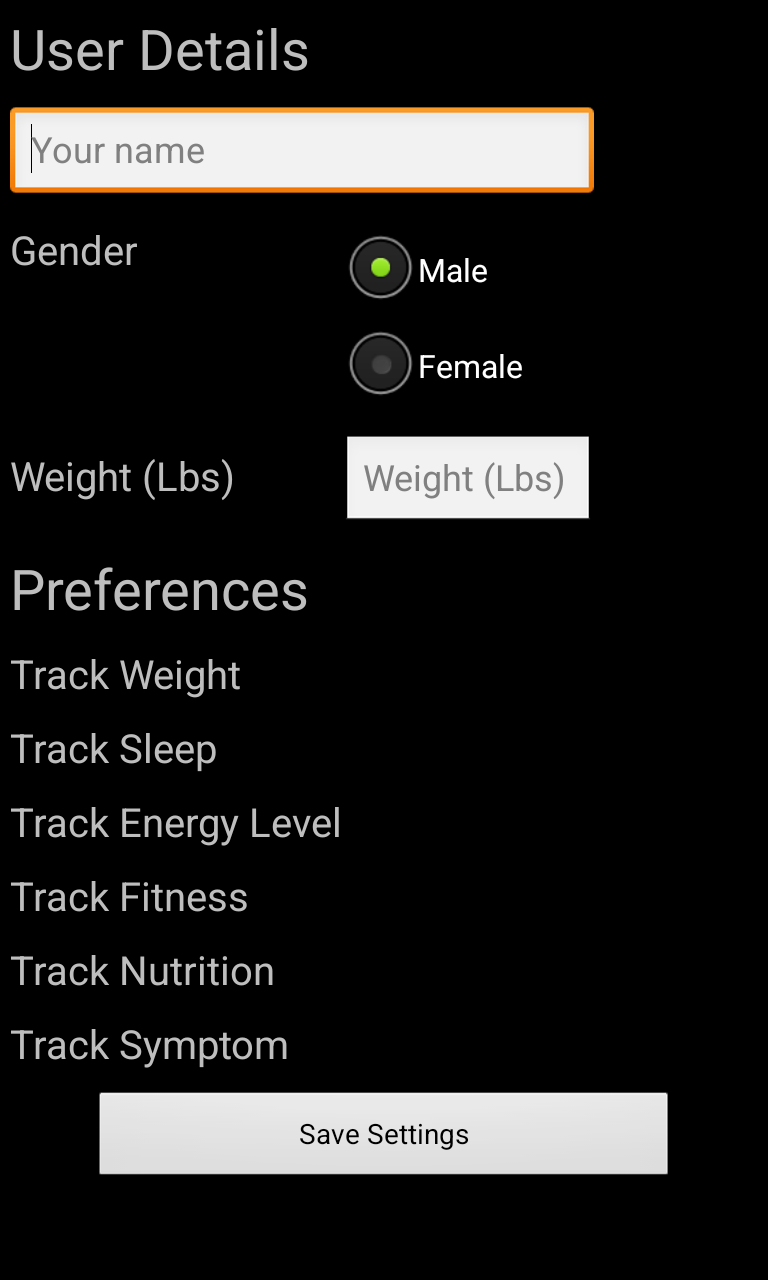
Repository: dillonyoung/CPD4493
Layout: TraCare/res/layout/preferences.xml
The author's editor kept a copy of each file at every save. The layout is drawn from the files as they stood at one save, then again after the next save.
It is drawn on a 768 x 1280 px phone screen (xhdpi) without system bars, with theme android:Theme.Black; the app's code is not run.

Above is the layout before, as saved 2013-04-10 22:45:44.

After the next save:
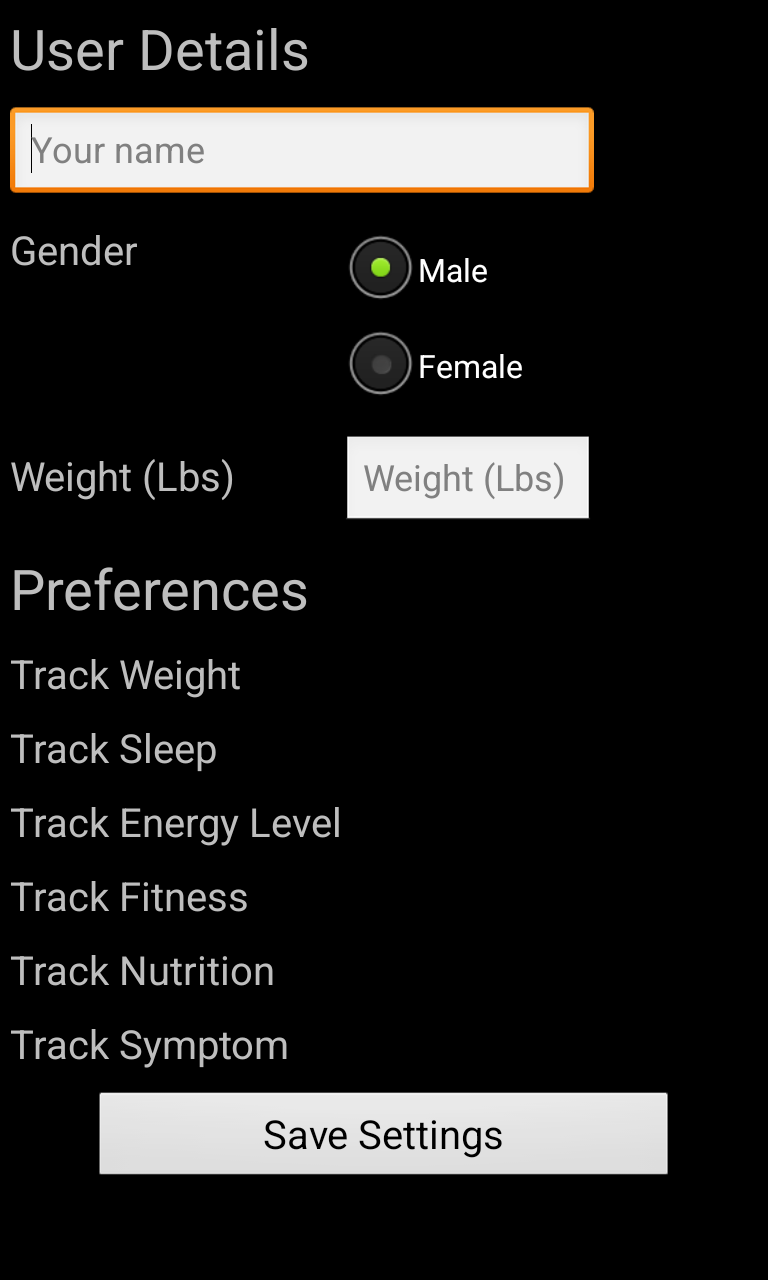
Saved 16 s later.
--- a/TraCare/res/layout/preferences.xml
+++ b/TraCare/res/layout/preferences.xml
@@ -244,7 +244,8 @@
                 android:layout_width="wrap_content"
                 android:layout_height="wrap_content"
                 android:layout_span="2"
-                android:text="@string/savesettings" />
+                android:text="@string/savesettings"
+                style="@style/button" />
         </TableRow>
     </TableLayout>
 
